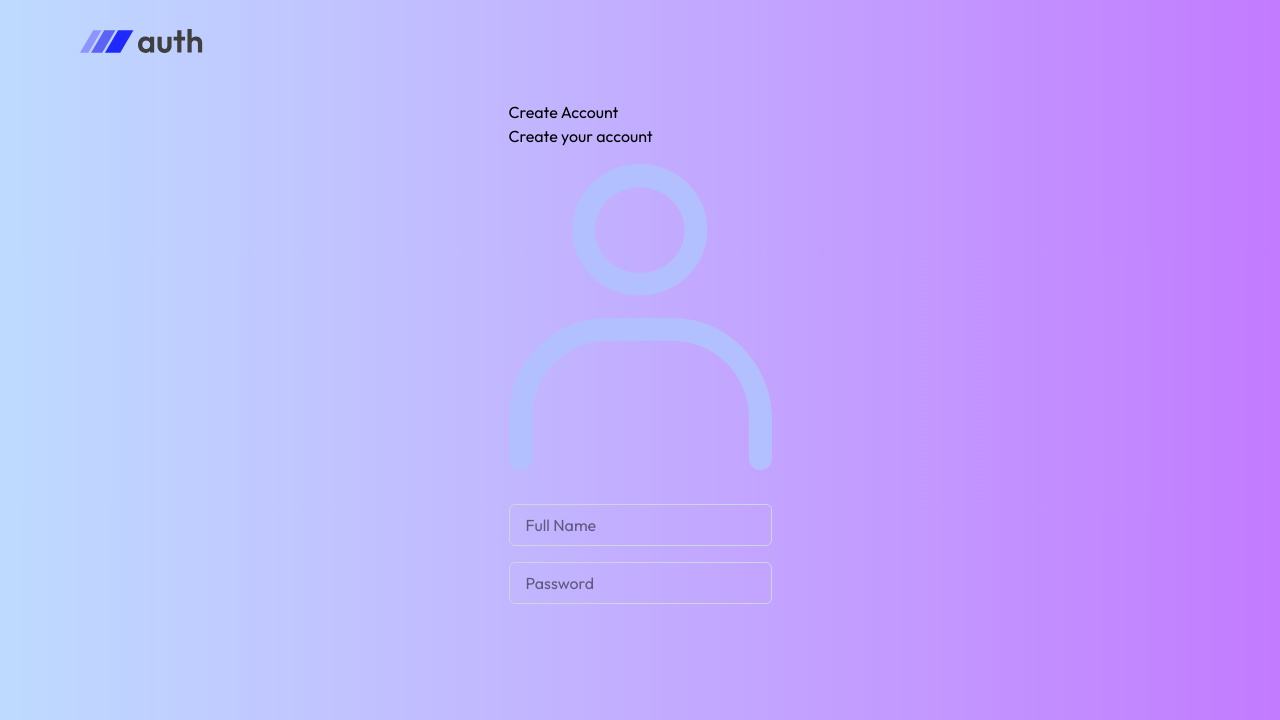
Repository: AuthnSapuarachchi/AuthnticationApplication-MERN-Stack
Page: /login (app in client/)
An editor plug-in stored every save of this project. The page is shown before and after a run of saves, followed by the edit.
The browser window is 1280 px wide. The pictures show the whole page.
The project was rebuilt for these pictures with package versions that can differ from the ones it lists, and the page was loaded fresh each time. Also part of the build but not shown: client/vite.config.js, client/src/components/NavBar.jsx, client/src/components/Header.jsx, client/src/pages/home.jsx, client/src/pages/ResetPassword.jsx, client/src/pages/EmailVerify.jsx.

Above is the page before, as saved 2025-07-31 12:03:47.

### client/index.html
<!doctype html>
<html lang="en">
  <head>
    <meta charset="UTF-8" />
    <link rel="icon" type="image/svg+xml" href="/favicon.svg" />
    <meta name="viewport" content="width=device-width, initial-scale=1.0" />
    <title>AuthCodeLab - MERN AUTH</title>
  </head>
  <body>
    <div id="root"></div>
    <script type="module" src="/src/main.jsx"></script>
  </body>
</html>

### client/src/main.jsx
import { StrictMode } from 'react'
import { createRoot } from 'react-dom/client'
import './index.css'
import App from './App.jsx'
import { BrowserRouter } from 'react-router-dom';

createRoot(document.getElementById('root')).render(
  <BrowserRouter>
    <App />
  </BrowserRouter>,
)

### client/src/index.css
@import url('https://fonts.googleapis.com/css2?family=Outfit:wght@100..900&display=swap');
@import "tailwindcss";

*{
  font-family: "Outfit", sans-serif;
}

### client/src/App.jsx
import React from 'react'
import { Routes, Router, Route } from 'react-router-dom'
import Home from './pages/home'
import Login from './pages/login'
import ResetPassword from './pages/ResetPassword'
import EmailVerify from './pages/EmailVerify'

const App = () => {
  return (
    <div>
      <Routes>
        <Route path='/' element={<Home />} />
        <Route path='/login' element={<Login />} />
        <Route path='/reset-password' element={<ResetPassword />} />
        <Route path='/email-verify' element={<EmailVerify />} />
      </Routes>
    </div>
  )
}

export default App

### client/src/pages/login.jsx
import React, { useState } from 'react'
import { assets } from '../assets/assets';

const Login = () => {
  const [state, setState] = useState('Sign Up');

  return (
    <div className='flex items-center justify-center min-h-screen px-6 sm:px-0 bg-gradient-to-r from-blue-200 to-purple-400 relative'>
      <img src={assets.logo} alt="" className='absolute left-5 sm:left-20
      top-5 w-28 sm:w-32 cursor-pointer' />
      <div>
        <h2>{state === 'Sign Up' ? 'Create Account' : 'Login'}</h2>
        <p>{state === 'Sign Up' ? 'Create your account' : 'Login to your account'}</p>
        <form>
          <div className=' mb-4 flex flex-col gap-4 mt-4'>
            <img src={assets.person_icon} alt="" />
            <input type="text" placeholder='Full Name' className='border border-gray-300 px-4 py-2 rounded-md' required/>
            <input type="password" placeholder='Password' className='border border-gray-300 px-4 py-2 rounded-md' />
          </div>
        </form>
      </div>
    </div>
  )
}

export default Login

### client/src/assets/assets.js
import arrow_icon from './arrow_icon.svg'
import lock_icon from './lock_icon.svg'
import logo from './logo.svg'
import mail_icon from './mail_icon.svg'
import person_icon from './person_icon.svg'
import hand_wave from './hand_wave.png'
import header_img from './header_img.png'

export const assets = {
    arrow_icon,
    lock_icon,
    logo,
    mail_icon,
    person_icon,
    hand_wave,
    header_img
}

After the next 2 saves:
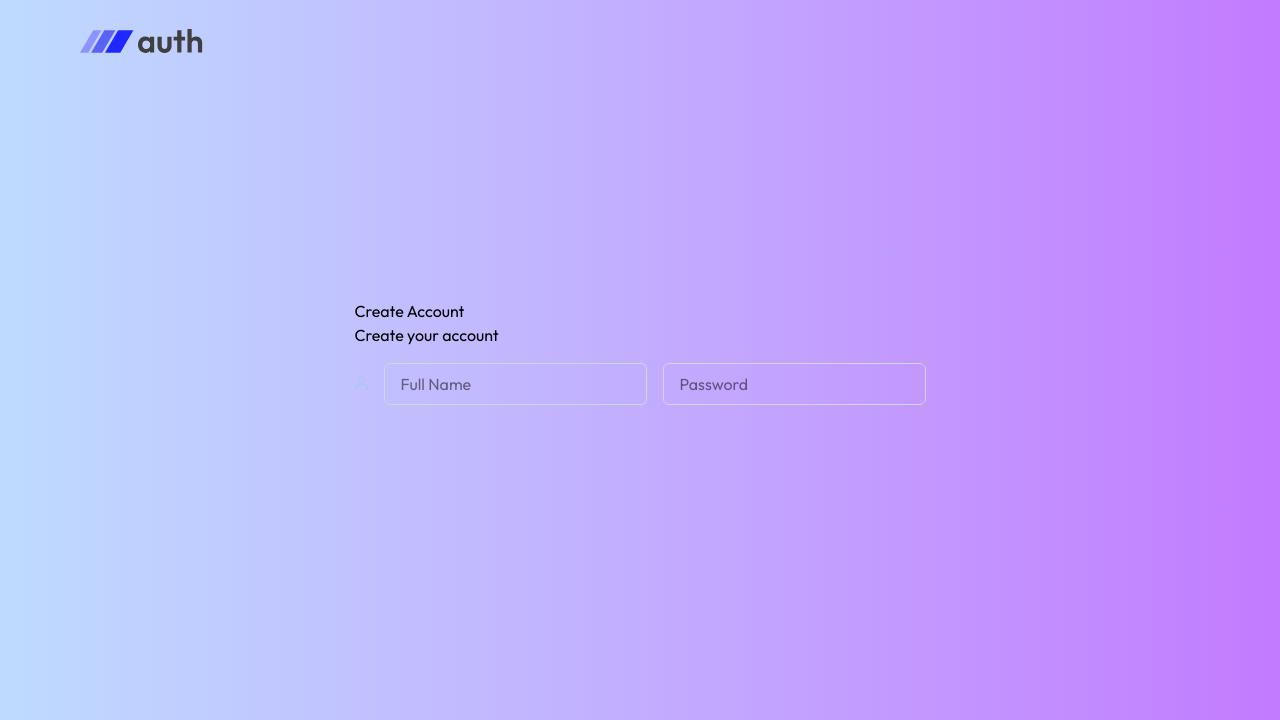
The 2 saves are shown as one change because they came seconds apart.
The last was saved 12 s later.
--- a/client/src/pages/login.jsx
+++ b/client/src/pages/login.jsx
@@ -12,7 +12,7 @@ const Login = () => {
         <h2>{state === 'Sign Up' ? 'Create Account' : 'Login'}</h2>
         <p>{state === 'Sign Up' ? 'Create your account' : 'Login to your account'}</p>
         <form>
-          <div className=' mb-4 flex flex-col gap-4 mt-4'>
+          <div className=' mb-4 flex items-center gap-4 mt-4'>
             <img src={assets.person_icon} alt="" />
             <input type="text" placeholder='Full Name' className='border border-gray-300 px-4 py-2 rounded-md' required/>
             <input type="password" placeholder='Password' className='border border-gray-300 px-4 py-2 rounded-md' />
